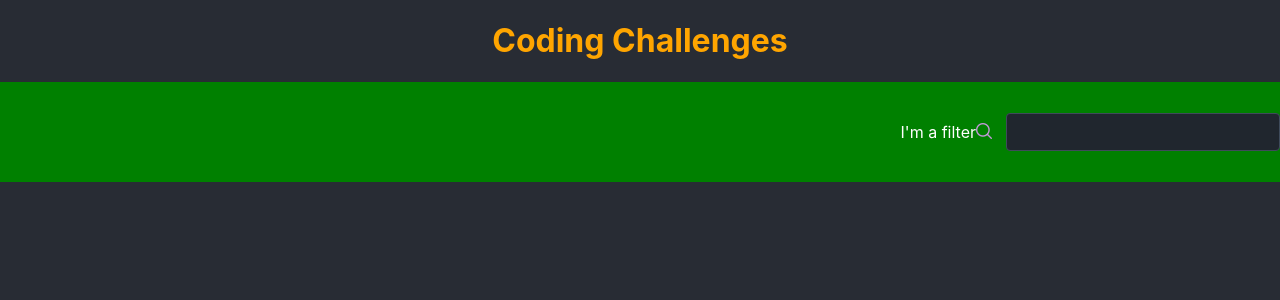
Repository: Valentina-Maraio/coding_challenges
Page: /
The author's editor kept a copy of each file at every save. The page is drawn from the files as they stood at one save, then again after the next save.
The browser window is 1280 px wide. The pictures show the whole page.
The project was rebuilt for these pictures with package versions that can differ from the ones it lists, and the page was loaded fresh each time.

Above is the page before, as saved 2024-07-05 12:08:29.

After the next save:
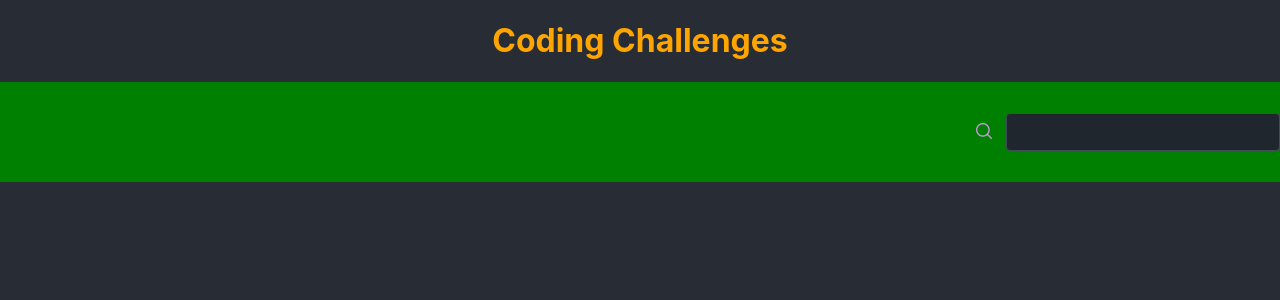
Saved 7 s later.
--- a/src/App.js
+++ b/src/App.js
@@ -24,7 +24,6 @@ function App() {
           <h1>Coding Challenges</h1>
         </div>
         <div className="filter_container">
-          <p>I'm a filter</p>
           <div className="submit_icon">
           <i onClick={handleSubmit} className="pi pi-search" style={{ color: 'var(--primary-color)' }}></i>
           </div>
